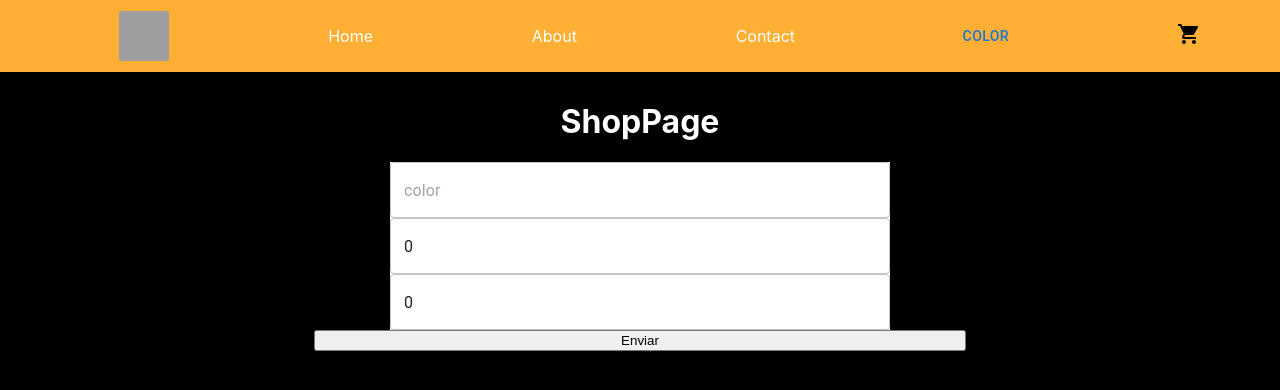
Repository: Toydrum/React-Hector-Coronado-EntregaFinal
Page: /shop
The author's editor kept a copy of each file at every save. The page is drawn from the files as they stood at one save, then again after the next save.
The browser window is 1280 px wide. The pictures show the whole page.
Pictures or frames that could not be fetched are drawn as grey boxes. The project was rebuilt for these pictures with package versions that can differ from the ones it lists, and the page was loaded fresh each time. Also part of the build but not shown: vite.config.js, src/components/CardUser/CardUser.jsx, src/components/CardList/CardList.css, src/firebase/firebaseConfig.js, src/components/CardList/CardList.jsx, src/pages/HomePage/HomePage.jsx, src/pages/ContactPage/ContactPage.jsx, src/pages/AboutPage/AboutPage.jsx and 1 more.

Above is the page before, as saved 2023-07-16 18:21:10.

After the next save:
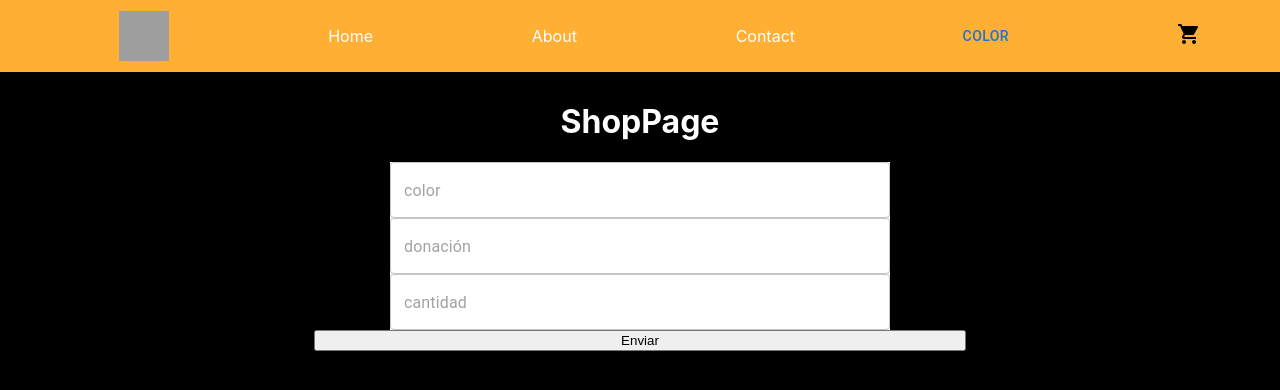
Saved 2 min 6 s later.
--- a/src/pages/ShopPage/ShopPage.jsx
+++ b/src/pages/ShopPage/ShopPage.jsx
@@ -4,8 +4,8 @@ import "./Styles.css";
 
 const initialState = {
   color: "",
-  donacion: 0,
-  cantidad: 0,
+  donacion: null,
+  cantidad: null,
 };
 
 const ShopPage = () => {
